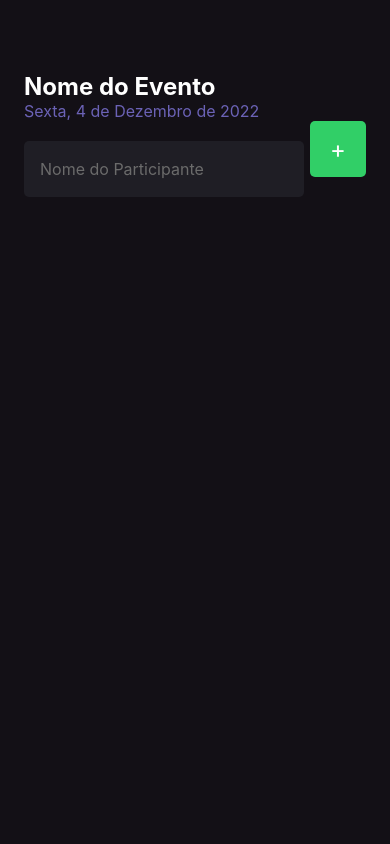
Repository: guilhermecardoso93/reactNative-ignite-imhere
Screen: /
An editor plug-in stored every save of this project. The screen is shown before and after the next save, followed by the edit.
The app was drawn by React Native's web renderer in a window 390 px wide. The project was rebuilt for these pictures with package versions that can differ from the ones it lists, and the page was loaded fresh each time.

Above is the screen before, as saved 2022-10-02 19:53:00.

After the next save:
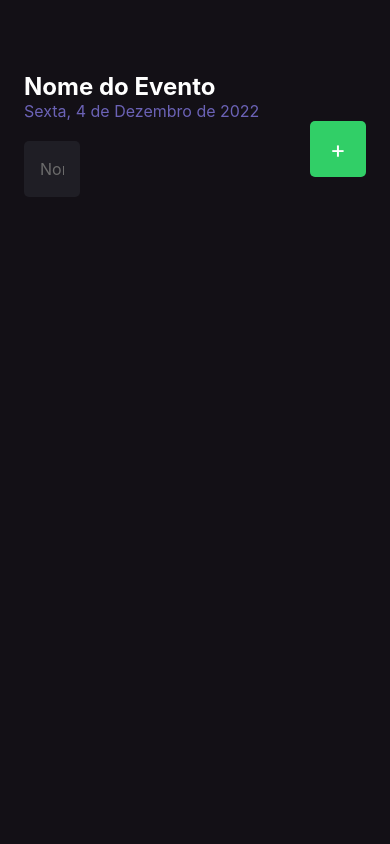
Saved 37 s later.
--- a/src/screens/Home/styles.ts
+++ b/src/screens/Home/styles.ts
@@ -19,13 +19,13 @@ export const styles = StyleSheet.create({
   form: {
     width: "100%",
     flexDirection: "row",
-    //alignItems: "center",
     justifyContent: "space-between",
   },
   eventInput: {
     backgroundColor: "#1f1e25",
     color: "#FFF",
     height: 56,
+    width: 56,
     borderRadius: 5,
     padding: 16,
     marginTop: 20,
